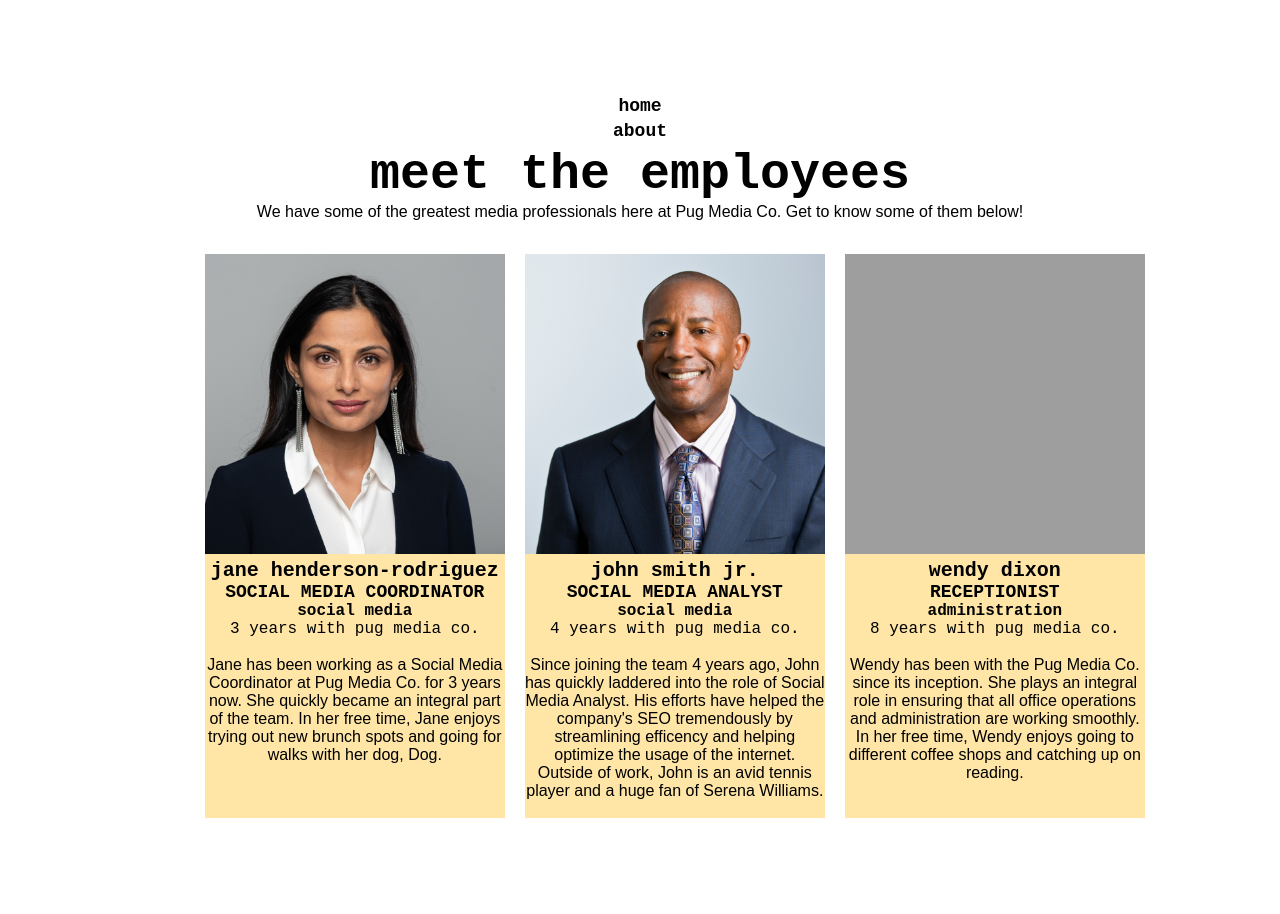
Repository: cheungglenda/MDIA2109-Week3
Page: /about
The author's editor kept a copy of each file at every save. The page is drawn from the files as they stood at one save, then again after the next save.
The browser window is 1280 px wide. The pictures show the whole page.
Pictures or frames that could not be fetched are drawn as grey boxes. The project was rebuilt for these pictures with package versions that can differ from the ones it lists, and the page was loaded fresh each time. The framework's server and built-in components were replaced by stand-ins that run in the browser. Also part of the build but not shown: next.config.js.

Above is the page before, as saved 2023-01-20 12:56:18.

### pages/about.js
import Head from 'next/head'
import { Inter } from '@next/font/google'
import styles from '@/styles/Home.module.css'
import aboutData from '../data/about.json'
import { useState } from 'react'
import EmployeeCard  from '../components/EmployeeCard'
import Link from 'next/link'

export default function About() {

    const [aboutEmployees, setAboutEmployees] = useState([...aboutData])
    console.log(aboutData)
    return (
   <>
      <Head>
        <title>Meet the Employees</title>
        <meta name="description" content="Meet the Employees" />
        <meta name="viewport" content="width=device-width, initial-scale=1" />
        <link rel="icon" href="/favicon.ico" />
      </Head>
      <main className={styles.main}>
        <div className={styles.buttons}>
      <Link href="/" className={styles.links}>Home</Link>
      <Link href="/" className={styles.links}>About</Link>
      </div>

      <div className={styles.meetTitle}>Meet the Employees</div>
      <div className={styles.titleDesc}>We have some of the greatest media professionals here at Pug Media Co. Get to know some of them below!</div>

        <div className={styles.grid}>
          <div className={styles.employees}>
          {aboutEmployees && aboutEmployees.map((info, index) => {
            if(info.firstName.toLowerCase() === "jane") {
            return (
              <EmployeeCard
              key={index}
              firstname={info.firstName}
              lastname={info.lastName}
              jobtitle={info.jobTitle}
              department={info.department}
              yearsworked={info.yearsWorked}
              description={info.description}
              color="#FFE6A7" font="16px"/>
            )
          }
          })}

          {aboutEmployees && aboutEmployees.map((info, index) => {
            if(info.firstName.toLowerCase() === "john") {
            return (
              <EmployeeCard
              key={index}
              firstname={info.firstName}
              lastname={info.lastName}
              jobtitle={info.jobTitle}
              department={info.department}
              yearsworked={info.yearsWorked}
              description={info.description}
              color="#FFE6A7" font="16px"/>
            )
          }
          })}

          {aboutEmployees && aboutEmployees.map((info, index) => {
            if(info.firstName.toLowerCase() === "wendy") {
            return (
              <EmployeeCard
              key={index}
              firstname={info.firstName}
              lastname={info.lastName}
              jobtitle={info.jobTitle}
              department={info.department}
              yearsworked={info.yearsWorked}
              description={info.description}
              color="#FFE6A7" font="16px"/>
            )
          }
          })}
          </div>
        </div>
      </main>
    </>
  )
}

### styles/Home.module.css
.main {
  display: flex;
  flex-direction: column;
  justify-content: space-between;
  align-items: center;
  padding: 6rem;
  font-family:arial;
  min-height: 100vh;
  background-color: rgb(255, 255, 255);
}

.links {
  display: flex;
  flex-direction:row;
  justify-content: space-evenly;
  font-size: 18px;
  max-width: var(--max-width);
  width: 100%;
  font-weight:900;
  font-family: 'Courier New', Courier, monospace;
  text-transform:lowercase;
  padding-bottom:5px;
}

.description {
  display: inherit;
  justify-content: inherit;
  align-items: inherit;
  font-size: 15px;
  max-width: var(--max-width);
  width: 100%;
  font-family: var(--font-mono);
}

.description a {
  display: flex;
  justify-content: center;
  align-items: center;
  gap: 0.5rem;
}

.description p {
  position: relative;
  margin: 0;
  padding: 1rem;
  background-color: rgba(var(--callout-rgb), 0.5);
  border: 1px solid rgba(var(--callout-border-rgb), 0.3);
  border-radius: var(--border-radius);
}

.code {
  font-weight: 700;
  font-family: var(--font-mono);
}

.meetTitle {
  font-size: 50px;
  font-weight:700;
  text-transform:lowercase;
  font-family:'Courier New', Courier, monospace;
  text-align:center;
}

.grid {
  display: flex;
  justify-content:center;
  width: var(--max-width);
  max-width: 100%;
  align-items:center;
  flex: 1;
}

.card {
  padding: 1rem 1.2rem;
  border-radius: var(--border-radius);
  background: rgba(var(--card-rgb), 0);
  border: 1px solid rgba(var(--card-border-rgb), 0);
  transition: background 200ms, border 200ms;
}

.card span {
  display: inline-block;
  transition: transform 200ms;
}

.info {
  font-family:Arial, Helvetica, sans-serif;
}

.card h2 {
  font-weight: 600;
  margin-bottom: 0.7rem;
}

.card p {
  margin: 0;
  opacity: 0.6;
  font-size: 0.9rem;
  line-height: 1.5;
  max-width: 30ch;
}


.employees {
  display:flex;
  gap:20px;
  width: 80%;
  text-align:center;
  font-family:'Courier New', Courier, monospace;
}

.titleDesc {
  font-size:16px;
  margin-bottom:3%;
}

.center {
  display: flex;
  justify-content: center;
  align-items: center;
  position: relative;
  padding: 4rem 0;
}

.center::before {
  background: var(--secondary-glow);
  border-radius: 50%;
  width: 480px;
  height: 360px;
  margin-left: -400px;
}

.center::after {
  background: var(--primary-glow);
  width: 240px;
  height: 180px;
  z-index: -1;
}

.center::before,
.center::after {
  content: '';
  left: 50%;
  position: absolute;
  filter: blur(45px);
  transform: translateZ(0);
}

.logo,
.thirteen {
  position: relative;
}

.thirteen {
  display: flex;
  justify-content: center;
  align-items: center;
  width: 75px;
  height: 75px;
  padding: 25px 10px;
  margin-left: 16px;
  transform: translateZ(0);
  border-radius: var(--border-radius);
  overflow: hidden;
  box-shadow: 0px 2px 8px -1px #0000001a;
}

.thirteen::before,
.thirteen::after {
  content: '';
  position: absolute;
  z-index: -1;
}

/* Conic Gradient Animation */
.thirteen::before {
  animation: 6s rotate linear infinite;
  width: 200%;
  height: 200%;
  background: var(--tile-border);
}

/* Inner Square */
.thirteen::after {
  inset: 0;
  padding: 1px;
  border-radius: var(--border-radius);
  background: linear-gradient(
    to bottom right,
    rgba(var(--tile-start-rgb), 1),
    rgba(var(--tile-end-rgb), 1)
  );
  background-clip: content-box;
}

/* Enable hover only on non-touch devices */
@media (hover: hover) and (pointer: fine) {
  .card:hover {
    background: rgba(var(--card-rgb), 0.1);
    border: 1px solid rgba(var(--card-border-rgb), 0.15);
  }

  .card:hover span {
    transform: translateX(4px);
  }
}

@media (prefers-reduced-motion) {
  .thirteen::before {
    animation: none;
  }

  .card:hover span {
    transform: none;
  }
}

/* Mobile */
@media (max-width: 700px) {
  .content {
    padding: 4rem;
  }

  .grid {
    grid-template-columns: 1fr;
    margin-bottom: 120px;
    max-width: 320px;
    text-align: center;
  }

  .card {
    padding: 1rem 2.5rem;
  }

  .card h2 {
    margin-bottom: 0.5rem;
  }

  .center {
    padding: 8rem 0 6rem;
  }

  .center::before {
    transform: none;
    height: 300px;
  }

  .description {
    font-size: 0.8rem;
  }

  .description a {
    padding: 1rem;
  }

  .description p,
  .description div {
    display: flex;
    justify-content: center;
    position: fixed;
    width: 100%;
  }

  .description p {
    align-items: center;
    inset: 0 0 auto;
    padding: 2rem 1rem 1.4rem;
    border-radius: 0;
    border: none;
    border-bottom: 1px solid rgba(var(--callout-border-rgb), 0.25);
    background: linear-gradient(
      to bottom,
      rgba(var(--background-start-rgb), 1),
      rgba(var(--callout-rgb), 0.5)
    );
    background-clip: padding-box;
    backdrop-filter: blur(24px);
  }

  .description div {
    align-items: flex-end;
    pointer-events: none;
    inset: auto 0 0;
    padding: 2rem;
    height: 200px;
    background: linear-gradient(
      to bottom,
      transparent 0%,
      rgb(var(--background-end-rgb)) 40%
    );
    z-index: 1;
  }
}

/* Tablet and Smaller Desktop */
@media (min-width: 701px) and (max-width: 1120px) {
  .grid {
    grid-template-columns: repeat(2, 50%);
  }
}

@media (prefers-color-scheme: dark) {
  .vercelLogo {
    filter: invert(1);
  }

  .logo,
  .thirteen img {
    filter: invert(1) drop-shadow(0 0 0.3rem #ffffff70);
  }
}

@keyframes rotate {
  from {
    transform: rotate(360deg);
  }
  to {
    transform: rotate(0deg);
  }
}

### data/about.json
[
    {
        "firstName": "Jane",
        "lastName": "Henderson-Rodriguez",
        "department": "Social Media",
        "jobTitle": "Social Media Coordinator",
        "yearsWorked": 3,
        "description": "Jane has been working as a Social Media Coordinator at Pug Media Co. for 3 years now. She quickly became an integral part of the team. In her free time, Jane enjoys trying out new brunch spots and going for walks with her dog, Dog."
    },
    {
        "firstName": "John",
        "lastName": "Smith jr.",
        "department": "Social Media",
        "jobTitle": "Social Media Analyst",
        "yearsWorked": 4,
        "description": "Since joining the team 4 years ago, John has quickly laddered into the role of Social Media Analyst. His efforts have helped the company's SEO tremendously by streamlining efficency and helping optimize the usage of the internet. Outside of work, John is an avid tennis player and a huge fan of Serena Williams."

    },
    {
        "firstName": "Wendy",
        "lastName": "Dixon",
        "department": "Administration",
        "jobTitle": "Receptionist",
        "yearsWorked": 8,
        "description": "Wendy has been with the Pug Media Co. since its inception. She plays an integral role in ensuring that all office operations and administration are working smoothly. In her free time, Wendy enjoys going to different coffee shops and catching up on reading."

    }
]

### components/EmployeeCard/index.js
export default function EmployeeCard({
    firstname = "none",
    lastname = "none",
    department = "none",
    jobtitle = "none",
    yearsworked = 0,
    description = "none",
    color = "pink",
    font = "O",
    image = "icon/personTwo.png"
}) {
    return (
        <div style={{backgroundColor: color, fontSize: 16}}>
            {
                firstname === "Jane" ? <img style={{objectFit: "cover"}} src={'headshots/photo3.jpeg'} width="300" height="300"/> :
                firstname === "John" ? <img style={{objectFit: "cover"}} src={'headshots/photo1.jpeg'} width="300" height="300"/> :
                firstname === "Wendy" ? <img style={{objectFit: "cover"}} src={'headshots/photo2.jpeg'} width="300" height="300"/> :
                <img src={image} width="300"/>
            }

            <h1 style={{textTransform: "lowercase", fontSize: 20}}>{firstname} {lastname}</h1>
            <h1 style={{textTransform: "lowercase", fontSize: 20}}></h1>
            <h2 style={{fontFamily:"'Courier New', Courier, monospace", textTransform: "uppercase", fontSize: 18}}>{jobtitle}</h2>
            <h3 style={{fontFamily:"'Courier New', Courier, monospace", textTransform: "lowercase", fontSize: 16, fontweight:500}}>{department}</h3>
            <h4 style={{textTransform:"lowercase", fontSize:16, fontWeight:100}}>{yearsworked} years with pug media co.</h4><br></br>
            <p style={{fontFamily: "Arial, Helvetica, sans-serif"}}>{description}</p><br></br>
        </div>
    )
}

Loaded but not shown: pages/_app.js (common file); pages/_document.js (common file); styles/globals.css (common file)

After the next save:
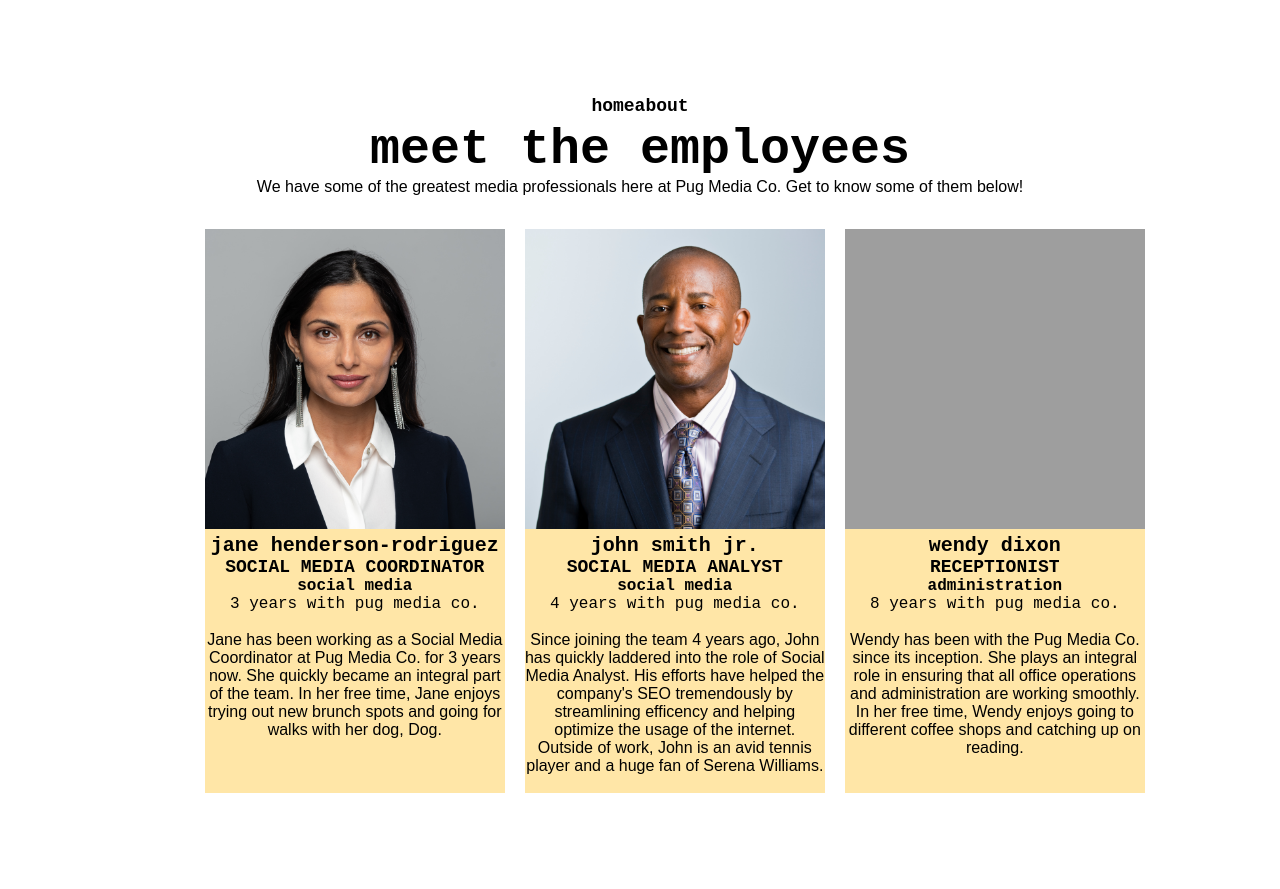
Saved 13 s later.
--- a/styles/Home.module.css
+++ b/styles/Home.module.css
@@ -9,10 +9,13 @@
   background-color: rgb(255, 255, 255);
 }
 
-.links {
+.buttons {
   display: flex;
   flex-direction:row;
   justify-content: space-evenly;
+}
+
+.links {
   font-size: 18px;
   max-width: var(--max-width);
   width: 100%;
